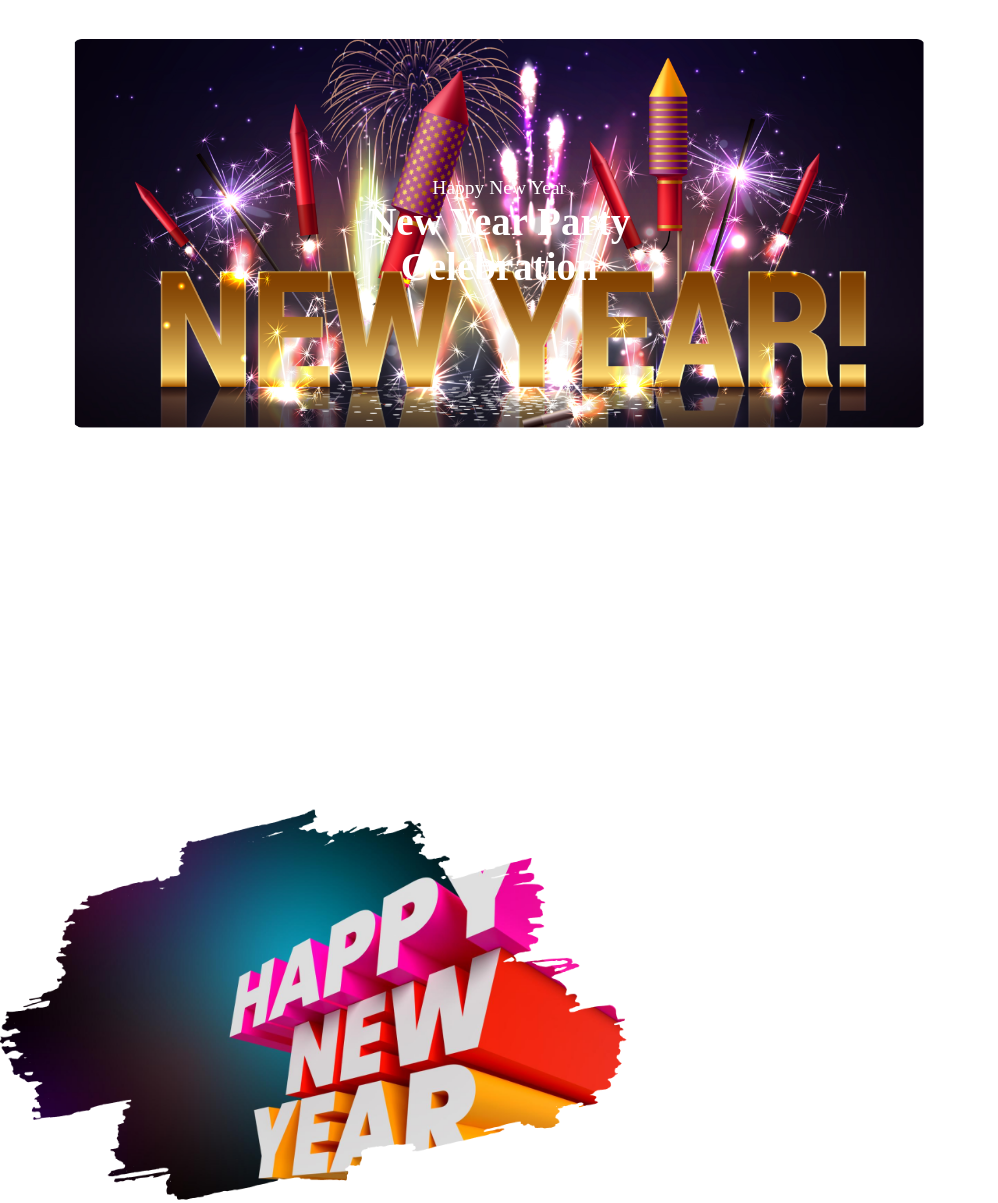
Repository: sumonkumarsarkar/new-year-2024
Page: index.html
The author's editor kept a copy of each file at every save. The page is drawn from the files as they stood at one save, then again after the next save.
The browser window is 1280 px wide. The pictures show the whole page, at 78% of full size.

Above is the page before, as saved 2024-01-08 10:18:35.

### index.html
<!DOCTYPE html>
<html lang="en">
<head>
    <meta charset="UTF-8">
    <meta name="viewport" content="width=device-width, initial-scale=1.0">
    <title>Happy Nwe Year-2024</title>
    <link rel="preconnect" href="https://fonts.googleapis.com">
<link rel="preconnect" href="https://fonts.gstatic.com" crossorigin>
<link href="https://fonts.googleapis.com/css2?family=Inter:wght@100;200;300;500;600;700&display=swap" rel="stylesheet">
    <link rel="stylesheet" href="/style.css">
</head>
<body>

         <!-- banner-section start  -->
  <header>
    <div class="container banner">
            <div class="heading-text">
            <h4>Happy New Year</h4>
            <h3>New Year Party Celebration</h3>
            </div>

    </div>
  </header>
     <!-- banner-section end  -->

    <!-- holiday deal start  -->
<section id="holiday-deal">
<div class="container-holiday">
    <div class="heading-text">
        <h4>Happy New Year</h4>
        <h3>New Year Party Celebration</h3>
    </div>
    <div class="holiday-img">
        <img src="./image/New Year Photo.png" alt="">
    </div>
</div>
</section>


    <!-- holiday deal end  -->


</body>
</html>

### style.css
*{
    margin: 0;
    padding: 0;
}
body{
    font-family: 'Inter', sans-serif;
}
/* banner section end  */
 .container{
    max-width:1140px;
    width: 85%;
    margin: 50px auto;

 }
 .banner{
    background-image: url(./image/Banner\ Image.png);
    background-position: center;
    background-repeat: no-repeat;
    background-size: cover;

 }
 .heading-text{
   text-align:center;
   justify-content:center;
   padding: 177px 300px ;

 }
 .heading-text h3{
    color: #FFF;
    text-align: center;
    font-family: Merriweather;
    font-size: 50px;
    font-style: normal;
    font-weight: 900;

 }
 .heading-text h4{
    color: #FFF;
    text-align: center;
    font-family: Merriweather;
    font-size: 25px;
    font-style: normal;
    font-weight: 400;
    line-height: normal;
}

/* banner section end  */

After the next save:
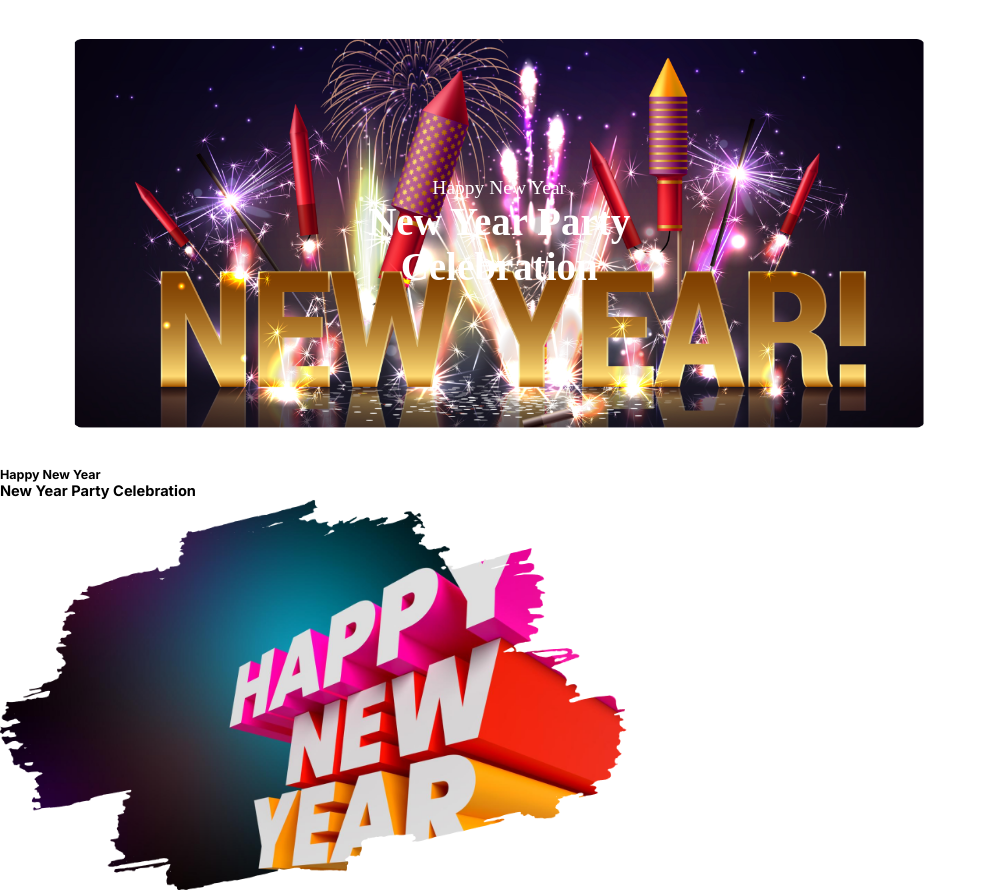
Saved 60 s later.
--- a/index.html
+++ b/index.html
@@ -26,7 +26,7 @@
     <!-- holiday deal start  -->
 <section id="holiday-deal">
 <div class="container-holiday">
-    <div class="heading-text">
+    <div class="holiday-text">
         <h4>Happy New Year</h4>
         <h3>New Year Party Celebration</h3>
     </div>
